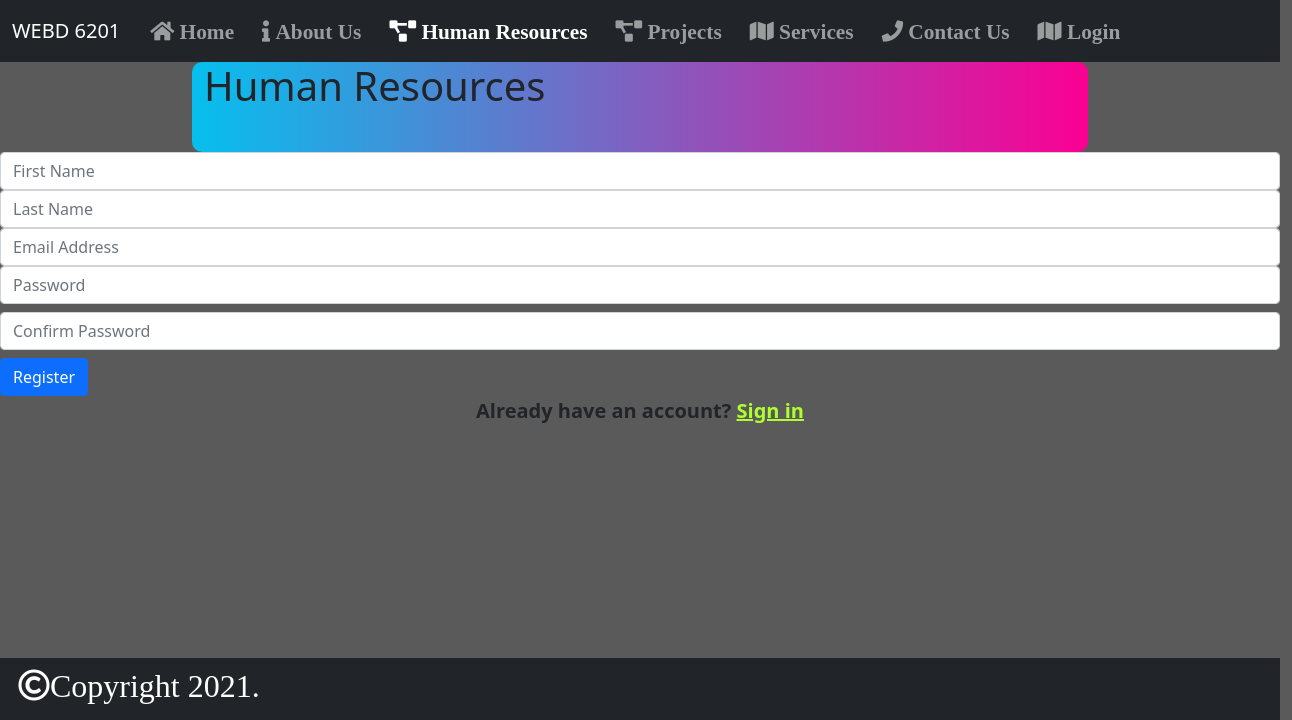
Repository: vans12345678/WEBD6201-W2021-Lab2
Page: human-resources.html
An editor plug-in stored every save of this project. The page is shown before and after the next save, followed by the edit.
The browser window is 1280 px wide. The page is 1292 px wide, then 1280 px, so the pictures cover 1292 px, including what lies to the right of the window. The pictures show the whole page.

Above is the page before, as saved 2021-03-06 19:12:27.

### human-resources.html
<!--human-resources.html
Name: Andre Agrippa, Michai Pryce
Date: 02/05/2021
-->
<!DOCTYPE html>
<html lang="en">
<head>
    <meta charset="UTF-8">
    <meta name="viewport" content="width=device-width, initial-scale=1.0">
    <title>Human Resources</title>

    <!-- CSS Section -->
    <link rel="stylesheet" href="./node_modules/bootstrap/dist/css/bootstrap.min.css">
    <link rel="stylesheet" href="./node_modules/@fortawesome/fontawesome-free/css/all.min.css">
    <link rel="stylesheet" href="./Content/app.css">
</head>
<body>
  <!-- Main Header -->
    <header>
      <!-- Main Navigation -->
        <nav class="navbar navbar-expand-lg navbar-dark bg-dark">
            <div class="container-fluid">
              <a id ="navHome" class="navbar-brand" href="index.html"></a>
              <button class="navbar-toggler" type="button" data-bs-toggle="collapse" data-bs-target="#navbarSupportedContent" aria-controls="navbarSupportedContent" aria-expanded="false" aria-label="Toggle navigation">
                <span class="navbar-toggler-icon"></span>
              </button>
              <div class="collapse navbar-collapse" id="navbarSupportedContent">
                <ul id = "ulNav" class="navbar-nav me-auto mb-2 mb-lg-0">
                  <li class="nav-item">
                    <a  class="nav-link" aria-current="page" href="index.html"><i id ="navIndex"class = "fas fa-home fa-lg"></i></a>
                  </li>
                  <li class="nav-item" id ="navAbout">
                    <a  class="nav-link " aria-current="page" href="about.html"><i id ="navAboutItem"class = "fas fa-info fa-lg"></i></a>
                  </li>
                  <li class="nav-item">
                    <a  class="nav-link" aria-current="page" href="projects.html"><i id ="navProjects" class ="fas fa-project-diagram fa-lg">Products</i></a>
                  </li>
                  <li class="nav-item">
                    <a  class="nav-link" aria-current="page" href="services.html"><i id ="navServices"class = "fas fa-map fa-lg"></i></a>
                  </li>
                  <li class="nav-item">
                    <a  class="nav-link " aria-current="page" href="contact.html"><i id ="navContact"class = "fas fa-phone fa-lg"></i></a>
                  </li>
                  <li class="nav-item" id="liLogin">
                    <a  class="nav-link " aria-current="page" href="login.html"><i  id ="navLogin" class = "fas fa-map fa-lg"></i></a>
                  </li>
                </ul>
              </div>
            </div>
          </nav>
    </header>
  <!-- Main Contents -->
    <main>
        <h1 class = "container">Human Resources</h1>
        <form>

                <input class="form-control" type="text" id="firstName" placeholder="First Name" name="firstName" required/>
                <input class="form-control" type="text" name="lastName" id="lastName" placeholder="Last Name" required/>

                <input id="emailAddress" type="email" class="form-control" placeholder="Email Address" aria-label="Email Address" aria-describedby="Email Address Input"
                name="emailAddress" required/>
          <div class="form-group mb-2">
            <div class="row">
              <div class="col-md-12">
                <input type="password" class="form-control" id="password" name="password"
                value="" placeholder="Password"required/>
              </div>
            </div>
          </div>
          <div class="form-group mb-2">
            <div class="row">
              <div class="col-md-12">
                <input type="password" class="form-control" id="confirmPassword" name="confirmPassword"
                value="" placeholder="Confirm Password" required/>
              </div>
            </div>
          </div>
          <div class="">
            <button id="registerButton" type="submit" class="btn btn-primary btn-md buttonMargin">Register</button>
          </div>
          <p class="text-center fs-5 fw-bold">
          Already have an account?
          <a href="login.html">Sign in</a>
          </p>


        </form>
    </main>
    <!-- Main Footer -->
    <footer>
      <nav class="navbar fixed-bottom navbar-dark bg-dark">
          <div class="container-fluid">
              <h4><i id = "footer"class="far fa-copyright fa-lg site-footer"></i></h4>
          </div>
        </nav>
  </footer>
    <!-- Script Section -->
    <script src="./node_modules/jquery/dist/jquery.min.js"></script>
    <script src="./node_modules/bootstrap/dist/js/bootstrap.bundle.min.js"></script>
    <script src="./Scripts/namespace.js"></script>
    <script src="./Scripts/user.js"></script>
    <script src="./Scripts/app.js"></script>
</body>
</html>

### Content/app.css
/* custom css goes here */
.Vapor {
    background-image: url('../images/vapor.jpg');
    background-repeat: no-repeat;
    background-attachment: fixed;
    background-size: 100% 100%;
  }
  a {
    color: greenyellow;
  }
  .textFont
  {
    font-family: Arial, Helvetica, sans-serif;
    line-height: 32px;
  }
  body
  {
    background-color: rgb(90, 90, 90);
  }
  h1.container{
    border-radius: 10px;
    width: 70%;
    height: 90px;
    margin: 0px auto;
    background: linear-gradient(90deg,#06bfee,#fb0093)
  }
  h1.projects{
    background-color: white;
  }
  .contact-table{
    width: 100%;
    margin:  50px auto;
    background-color: white;
  }
  .contact-form
  {
    width: 100%;
    margin:  100px auto;
  }
  .warnMessage
  {
    width: 90%;
    margin:  50px;
  }
  .site-footer {
    color:white;
  }
  .formMargin
  {
    margin: 35px 70px;
  }
  .inputMargin
  {
    margin: 5px 10px;
  }
  .formBackground
  {
    background-color: rgba(20, 174, 235, 0.822);
    border: 5px solid rgb(0, 238, 255);

  }
  i{
    margin:7px 6px;
  }

### Scripts/namespace.js
//Namespace core
let core;

### Scripts/user.js
"use strict";
// User Class

((core)=>
{
  class User {
    // getters and setters
    get DisplayName()
    {
      return this.m_displayName;
    }

    set DisplayName(value)
    {
      this.m_displayName = value;
    }

    get EmailAddress()
    {
      return this.m_emailAddress;
    }

    set EmailAddress(value)
    {
      this.m_emailAddress = value;
    }

    get Username()
    {
      return this.m_username;
    }

    set Username(value)
    {
      this.m_username = value;
    }
    get Password()
    {
      return this.m_password;
    }

    set Password(value)
    {
      this.m_password = value;
    }

    // constructor
    /**
     * Creates an instance of user
     * @param {string} displayName
     * @param {string} emailAddress
     * @param {string} username
     * @param {string} password
     */
    constructor(displayName = "", emailAddress = "", username = "", password = "")
    {
      this.DisplayName = displayName;
      this.EmailAddress = emailAddress;
      this.Username = username;
      this.Password = password;

    }

    // methods

    /**
     * This method overrides the built-in toString method for the User class
     *
     * @returns {string}
     */
    toString()
    {
      return `Display Name     : ${this.DisplayName}\nEmail Address : ${this.EmailAddress}\nUser Name : ${this.Username}`;
    }

    /**
     * This method returns a JSON object made up of the properties of the User class
     *
     * @returns {Object}
     */
    toJSON()
    {
      return {
        "DisplayName": this.DisplayName,
        "EmailAddress": this.EmailAddress,
        "Username":this.Username
      }
    }

    /**
     * This method takes a JSON data object and assigns the value to the User class properties
     *
     * @param {Object} data
     */
    fromJSON(data)
    {
      this.DisplayName = data.DisplayName;
      this.EmailAddress = data.EmailAddress;
      this.Username = data.Username;
      this.Password = data.Password;
    }

    /**
     * This method converts the User into a comma-separated value string
     *
     * @returns {string}
     */
    serialize()
    {
      if(this.DisplayName !== "" && this.EmailAddress !== "" && this.Username !== "")
      {
        return `${this.DisplayName},${this.EmailAddress},${this.Username}`;
      }
      else
      {
        console.error("One or more properties of the User is empty");
        return null;
      }
    }

    /**
     * This method takes a comma-separated data string and assigns the values to the User class properties
     *
     * @param {string} data
     * @return {void}
     */
    deserialize(data)
    {
      let propertyArray = data.split(",");
      this.DisplayName = propertyArray[0];
      this.EmailAddress = propertyArray[1];
      this.Username = propertyArray[2];
    }
  }

  core.User = User;

})(core || (core={}));

Loaded but not shown: node_modules/bootstrap/dist/css/bootstrap.min.css (library); node_modules/@fortawesome/fontawesome-free/css/all.min.css (library); node_modules/jquery/dist/jquery.min.js (library); node_modules/bootstrap/dist/js/bootstrap.bundle.min.js (library); Scripts/app.js (639 lines, source omitted)

After the next save:
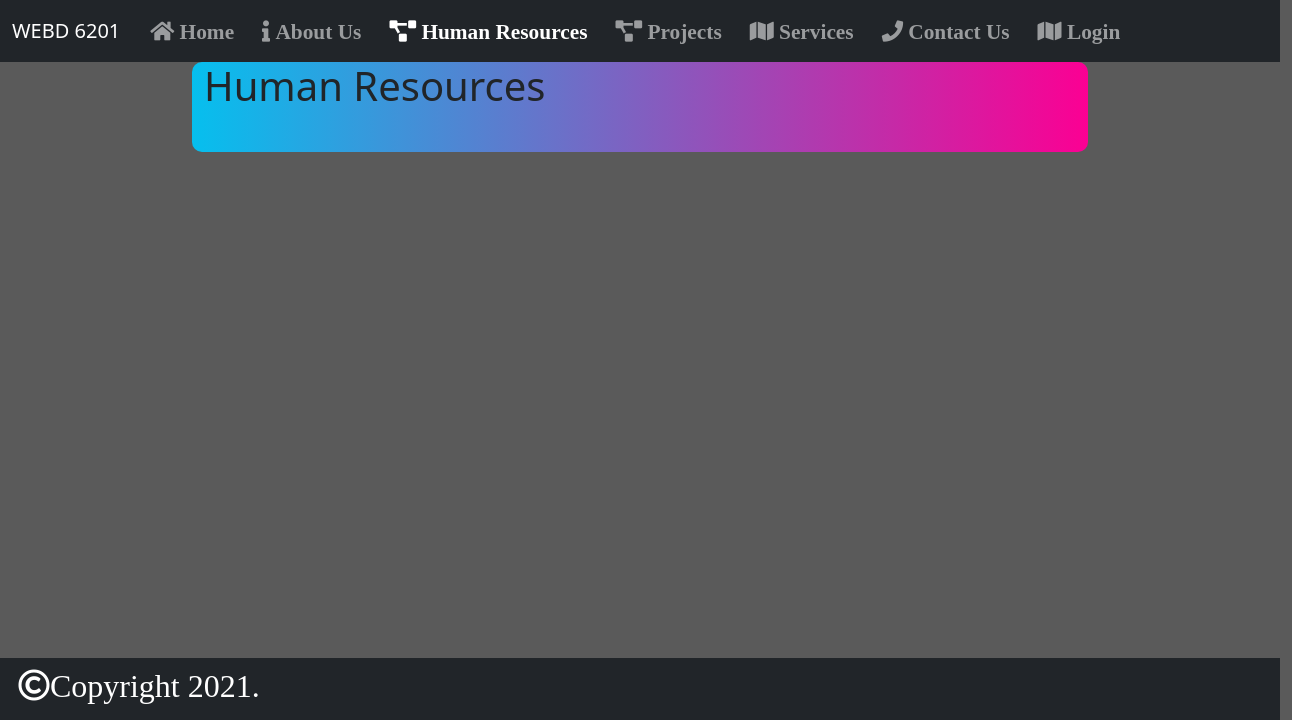
Saved 85 s later.
--- a/human-resources.html
+++ b/human-resources.html
@@ -52,39 +52,7 @@ Date: 02/05/2021
   <!-- Main Contents -->
     <main>
         <h1 class = "container">Human Resources</h1>
-        <form>
 
-                <input class="form-control" type="text" id="firstName" placeholder="First Name" name="firstName" required/>
-                <input class="form-control" type="text" name="lastName" id="lastName" placeholder="Last Name" required/>
-
-                <input id="emailAddress" type="email" class="form-control" placeholder="Email Address" aria-label="Email Address" aria-describedby="Email Address Input"
-                name="emailAddress" required/>
-          <div class="form-group mb-2">
-            <div class="row">
-              <div class="col-md-12">
-                <input type="password" class="form-control" id="password" name="password"
-                value="" placeholder="Password"required/>
-              </div>
-            </div>
-          </div>
-          <div class="form-group mb-2">
-            <div class="row">
-              <div class="col-md-12">
-                <input type="password" class="form-control" id="confirmPassword" name="confirmPassword"
-                value="" placeholder="Confirm Password" required/>
-              </div>
-            </div>
-          </div>
-          <div class="">
-            <button id="registerButton" type="submit" class="btn btn-primary btn-md buttonMargin">Register</button>
-          </div>
-          <p class="text-center fs-5 fw-bold">
-          Already have an account?
-          <a href="login.html">Sign in</a>
-          </p>
-
-
-        </form>
     </main>
     <!-- Main Footer -->
     <footer>
